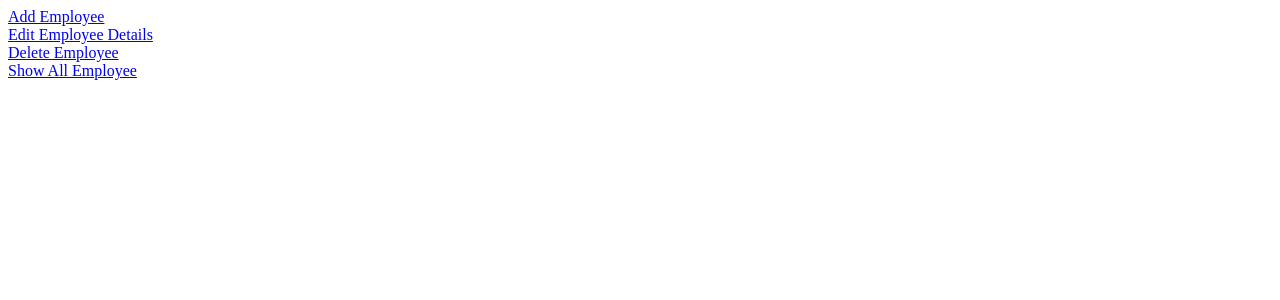
Repository: AchantaTharun/Database-Mastery-Practice
Page: CURD/WebContent/home.html
An editor plug-in stored every save of this project. The page is shown before and after the next save, followed by the edit.
The browser window is 1280 px wide. The pictures show the whole page.

Above is the page before, as saved 2019-08-19 11:37:41.

### CURD/WebContent/home.html
<!DOCTYPE html>
<html>
<head>
<meta charset="ISO-8859-1">
<title>Insert title here</title>
</head>
<body>
<a href="index.html">Add Employee</a><br>
<a href="edit.html">Edit Employee Details</a><br>
<a href="delete.html">Delete Employee</a><br>
<a href="display.html">Show All Employee</a><br>

</body>
</html>

After the next save:
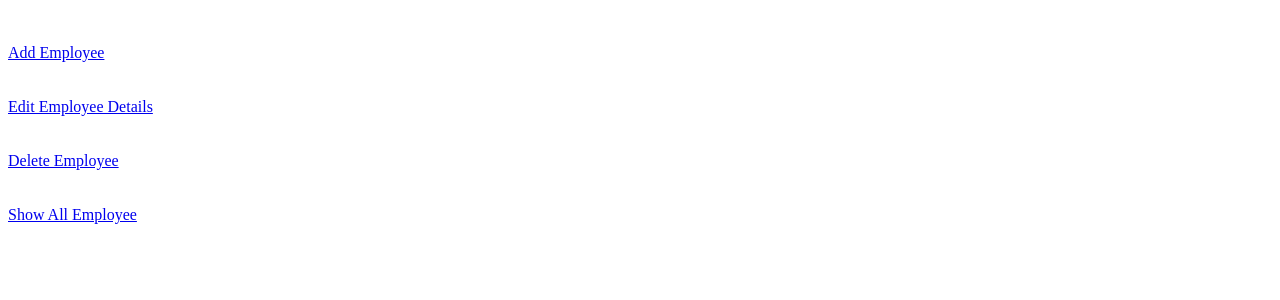
Saved 28 s later.
--- a/CURD/WebContent/home.html
+++ b/CURD/WebContent/home.html
@@ -5,10 +5,20 @@
 <title>Insert title here</title>
 </head>
 <body>
+<br>
+<br>
 <a href="index.html">Add Employee</a><br>
+<br>
+<br>
 <a href="edit.html">Edit Employee Details</a><br>
+<br>
+<br>
 <a href="delete.html">Delete Employee</a><br>
+<br>
+<br>
 <a href="display.html">Show All Employee</a><br>
+<br>
+<br>
 
 </body>
 </html>
